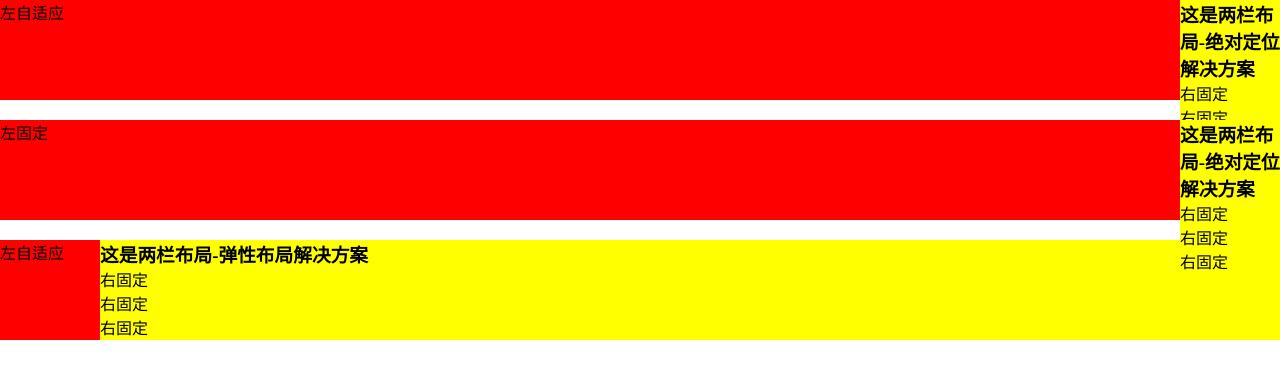
Repository: Qianfane/Blog
Page: 面试相关/测试/2-2、两栏布局-右固定左自适应.html
An editor plug-in stored every save of this project. The page is shown before and after a run of saves, followed by the edit.
The browser window is 1280 px wide. The pictures show the whole page.

Above is the page before, as saved 2022-01-03 16:26:59.

After the next 2 saves:
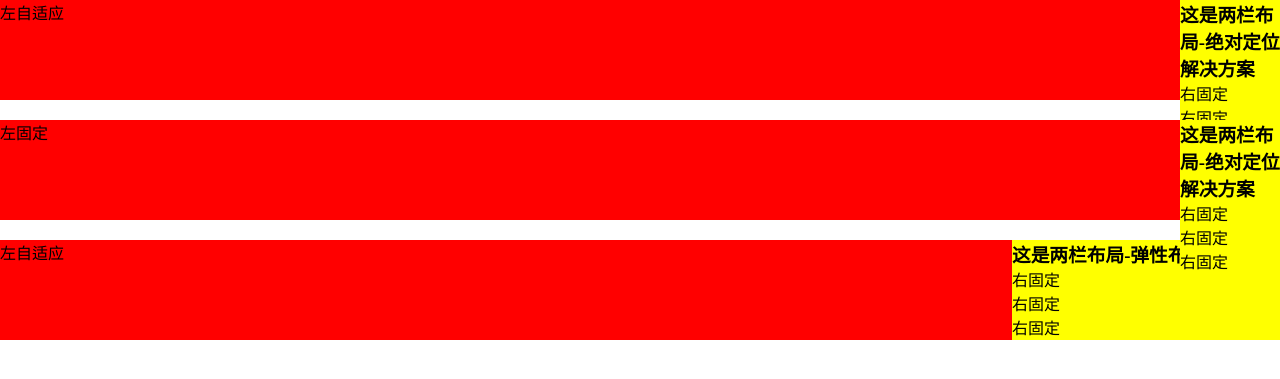
The 2 saves are shown as one change because they came seconds apart.
The last was saved 10 s later.
--- a/面试相关/测试/2-2、两栏布局-右固定左自适应.html
+++ b/面试相关/测试/2-2、两栏布局-右固定左自适应.html
@@ -93,12 +93,13 @@
             }
 
             .layout.flexbox .left {
+                flex: 1;
+
                 width: 100px;
                 background: red;
             }
 
             .layout.flexbox .right {
-                flex: 1;
 
                 background: yellow;
             }
